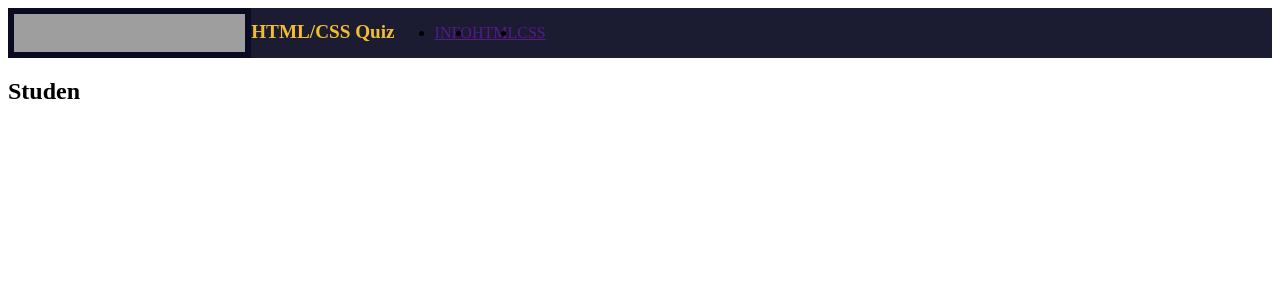
Repository: Lungdjos/accessibility_build_quiz
Page: index.html
These files come from the project's save history. The page is drawn as it stood at one moment and after a run of saves; the edit follows.
The browser window is 1280 px wide. The pictures show the whole page.
Pictures or frames that could not be fetched are drawn as grey boxes.

Above is the page before, as saved 2023-10-28 04:32:20.

### index.html
<!DOCTYPE html>
<html lang="en">

<head>
    <meta charset="UTF-8">
    <meta name="viewport" content="width=device-width, initial-scale=1.0">
    <meta name="description" content="Accessibility">
    <title>HTML/CSS Test Quiz</title>
    <link rel="stylesheet" href="styles.css">
</head>

<body>
    <header>
        <img src="https://cdn.freecodecamp.org/platform/universal/fcc_primary.svg" alt="" id="logo">
        <h1>HTML/CSS Quiz</h1>
        <nav>
            <ul>
                <li>
                    <a href="">info</a></li>
                <li>
                    <a href="">html</a></li>
                <li>
                    <a href="">css</a></li>
            </ul>
        </nav>
    </header>
    <main>
        <form action="https://freecodecamp.org/practice-project/accessibility-quiz" method="post">
            <section role="region" aria-labelledby="student-info">
                <h2 id="student-info">Studen</h2>
            </section>
            <section role="region" aria-labelledby="html-questions"></section>
            <section role="region" aria-labelledby="css-questions"></section>
        </form>
    </main>
</body>

</html>

### styles.css
#logo {
    width: max(100px, 18vw);
    background-color: #0a0a23;
    aspect-ratio: 35/4;
    padding: .4rem;
}

header {
    display: flex;
    background-color: #1b1b32;
    height: 50px;
    width: 100%;
}

h1 {
    color: #f1be32;
    font-size: min(5vw, 1.2em);
}

nav>ul {
    text-transform: uppercase;
    justify-content: space-evenly;
    display: flex;
}

After the next 3 saves:
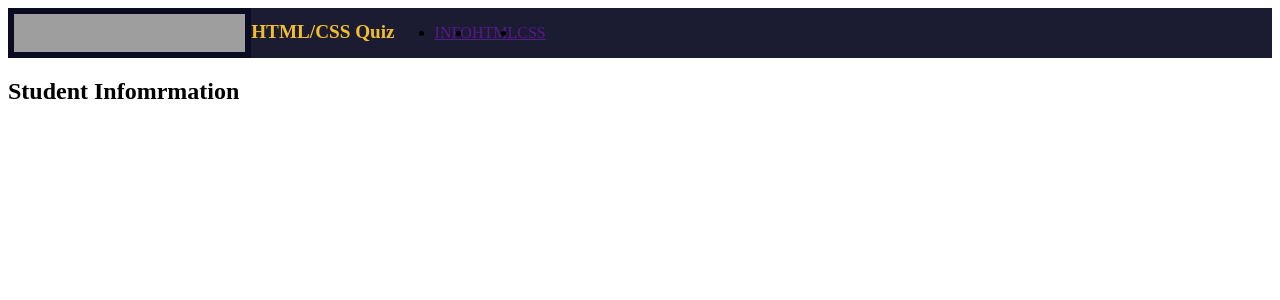
The 3 saves are shown as one change because they came seconds apart.
The last was saved 10 s later.
--- a/index.html
+++ b/index.html
@@ -27,7 +27,7 @@
     <main>
         <form action="https://freecodecamp.org/practice-project/accessibility-quiz" method="post">
             <section role="region" aria-labelledby="student-info">
-                <h2 id="student-info">Studen</h2>
+                <h2 id="student-info">Student Infomrmation</h2>
             </section>
             <section role="region" aria-labelledby="html-questions"></section>
             <section role="region" aria-labelledby="css-questions"></section>
